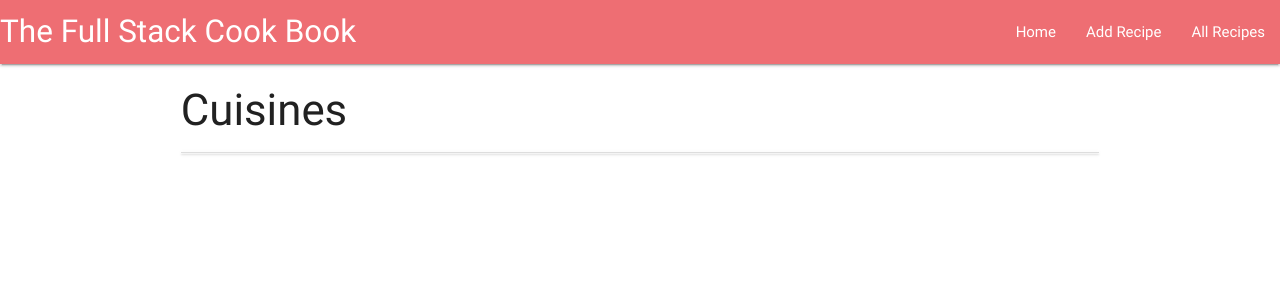
Repository: nakitamccool/francisillingworth-milestone-project-3
Page: http://localhost/get_cuisines
The author's editor kept a record of every edit. The page is drawn from the files as they stood at one moment, then again after the next edit.
The browser window is 1280 px wide. The pictures show the whole page.
The page is served by the project's application, run on Flask 3 (app.py). Queries for data that is not in the repository find no rows.

Above is the page before.

### templates/cuisines.html
 {% extends 'base.html' %} {% block content %}
<div class="row">

    <h3>Cuisines</h3>
    <ul class="collapsible">
      {% for cuisine in cuisine %}
      <li>
        <div class="collapsible-header">
          <div class="recipe_header col s9">
            <strong>{{cuisine.cuisine_type}}</strong>
          </div>
          <div class="deleteEdit col s3">
            <a href="{{url_for('edit_cuisine', cuisine_id = cuisine._id)}}" class="waves-effect waves-light btn btn_edit"><i class="material-icons left">edit</i>Edit</a>
            <a href="{{url_for('delete_cuisine', cuisine_id = cuisine._id)}}" class="waves-effect waves-light btn btn_delete"><i class="material-icons deleteIcon">delete_forever</i></a>
          </div>
        </div>

</li>
{% endfor %}
</ul>
</div>
{% endblock %}

### templates/base.html
<!DOCTYPE html>
<html lang="en">
<head>
    <link href="https://fonts.googleapis.com/icon?family=Material+Icons"
      rel="stylesheet">
    <link rel="stylesheet"  href="https://cdnjs.cloudflare.com/ajax/libs/materialize/0.100.2/css/materialize.min.css">
    <link rel="stylesheet" href="{{url_for('static' , filename = "css/style.css")}}" type="text/css" />

</head>
<body>
  <header>
    <nav>
    <div class="nav-wrapper">
      <a href="#" class="brand-logo">The Full Stack Cook Book</a>
      <ul id="nav-mobile" class="right hide-on-med-and-down">
        <li><a href="index.html">Home</a></li>
        <li><a href="{{ url_for('add_recipe') }}">Add Recipe</a></li>
        <li><a href="{{ url_for('get_recipes') }}">All Recipes</a></li>
      </ul>

    </div>
  </nav>
  </header>
    <div class="container">
    {% block content %}
    {% endblock %}
    </div>
    <script src="https://cdnjs.cloudflare.com/ajax/libs/jquery/3.4.1/jquery.min.js" integrity="sha256-CSXorXvZcTkaix6Yvo6HppcZGetbYMGWSFlBw8HfCJo=" crossorigin="anonymous"></script>
    <script src="https://cdnjs.cloudflare.com/ajax/libs/materialize/0.100.2/js/materialize.min.js"></script>
    <script type="text/javascript">
         $(document).ready(function(){
    $('.collapsible').collapsible();
    $('select').material_select();
  });

    </script>


</body>
</html>

### app.py
import os
from flask import Flask , render_template, redirect, request, url_for
from flask_pymongo import PyMongo
from bson.objectid import ObjectId


db_password = os.environ.get('DB_PASSWORD')

app = Flask(__name__)

app.config["MONGO_DBNAME"] = 'recipe_project'
app.config["MONGO_URI"] = 'mongodb+srv://root:r00tUser@myfirstcluster-aogax.mongodb.net/recipe_project?retryWrites=true&w=majority'

mongo = PyMongo(app)

@app.route('/')


@app.route('/get_recipes')
def get_recipes():
    return render_template("recipes.html", recipes=mongo.db.recipe.find())


@app.route('/add_recipe')
def add_recipe():
    return render_template('addrecipe.html', cuisine=mongo.db.cuisine.find())

@app.route('/insert_recipe', methods=['POST'])
def insert_recipe():
    recipes=mongo.db.recipe
    recipes.insert_one(request.form.to_dict())
    return redirect(url_for('get_recipes'))


@app.route('/edit_recipe/<recipe_id>')
def edit_recipe(recipe_id):
    the_recipe = mongo.db.recipe.find_one({"_id": ObjectId(recipe_id)})
    all_cuisine = mongo.db.cuisine.find()
    return render_template('editrecipe.html', recipe = the_recipe, cuisine=all_cuisine)



@app.route('/update_recipe/<recipe_id>', methods = ["POST"])
def update_recipe(recipe_id):
    recipes = mongo.db.recipe
    recipes.update( {'_id': ObjectId(recipe_id)},
    {
        'recipe_name' : request.form.get('recipe_name'),
        'cuisine_type' : request.form.get('cuisine_type'),
        'author' : request.form.get('author'),
        'ingredients' : request.form.get('ingredients'),
        'method' : request.form.get('method'),
        'cook_time' : request.form.get('cook_time'),
    })
    return redirect(url_for('get_recipes'))

@app.route('/delete_recipe/<recipe_id>')
def delete_recipe(recipe_id):
    mongo.db.recipe.remove({'_id':ObjectId(recipe_id)})
    return redirect(url_for('get_recipes'))





@app.route('/get_cuisines')
def get_cuisines():
    return render_template('cuisines.html', cuisine=mongo.db.cuisine.find())


@app.route('/edit_cuisine/<cuisine_id>')
def edit_cuisine(cuisine_id):
    return render_template('editcuisine.html', cuisine=mongo.db.cuisine.find_one({'_id':ObjectId(cuisine_id)}))


@app.route('/update_cuisine/<cuisine_id>', methods=['POST'])
def update_cuisine(cuisine_id):
    mongo.db.cuisine.update(
        {'_id': ObjectId(cuisine_id)},
        {'cuisine_type': request.form.get('cuisine_type')})
    return redirect(url_for('get_cuisines'))



@app.route('/add_cuisine')
def add_cuisine():
    return render_template('addcuisine.html', cuisine=mongo.db.cuisine.find())


@app.route('/insert_cuisine', methods=['POST'])
def insert_cuisine():
    cuisines=mongo.db.cuisine
    cuisines.insert_one(request.form.to_dict())
    return redirect(url_for('add_recipe'))



@app.route('/delete_cuisine/<cuisine_id>')
def delete_cuisine(cuisine_id):
    mongo.db.cuisine.remove({'_id':ObjectId(cuisine_id)})
    return redirect(url_for('get_cuisines'))



@app.route('/add_cuisine_edit')
def add_cuisine_edit():
    return render_template('addcuisine-edit.html', cuisine=mongo.db.cuisine.find())


@app.route('/insert_cuisine_edit', methods=['POST'])
def insert_cuisine_edit():
    cuisines=mongo.db.cuisine
    cuisines.insert_one(request.form.to_dict())
    return redirect(url_for('get_cuisines'))



@app.route('/index')
def index():
    return render_template("index.html")


@app.route('/filter')
def filter():
    return redirect(url_for())


if __name__ == '__main__':
    app.run(host=os.environ.get('IP'),
            port=int(os.environ.get('PORT')),
            debug=True)

### static/css/style.css
.btn_edit{
    height:28px;
    margin: 5px 15px;
    line-height: 28px;
    padding-left: 3px;
    padding-right: 6px;



}

.btn_delete{
    height:28px;
    margin: 5px 15px ;
    line-height: 28px;
    padding-left: 5px;
    padding-right: 5px;
    background-color: #b70808;

}

.collapsible-header i {
 margin:0;}

 .btn_delete:hover {
    background-color: #71231d;
}

.cancel_button{
    margin: 5px 15px;
    padding-left: 3px;
    padding-right: 6px;
    background-color: #b70808

}


 .cancel_button:hover {
    background-color: #71231d;
}


.recipe_header{
    margin-top:5px;
    margin-right: 20px;
}

.deleteEdit{
    margin-left:auto;
    margin-right:0;
}

.add_cuisine{
    margin-top: 0;
    margin-left:5%;
}

After the next edit:
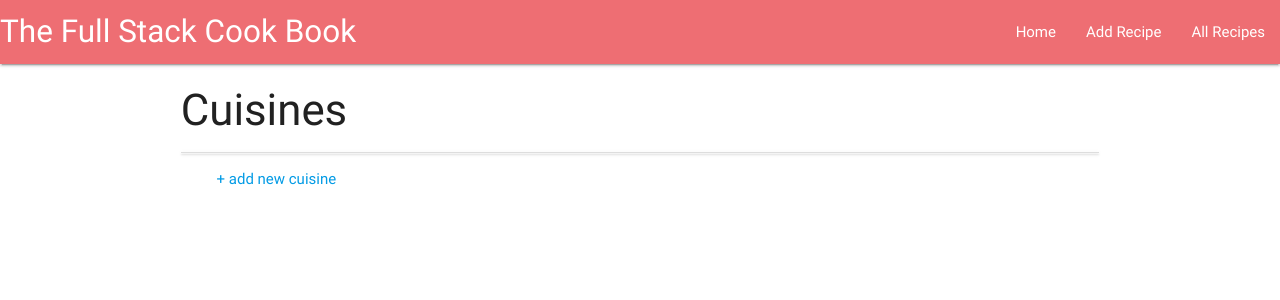
The edit:
--- a/templates/cuisines.html
+++ b/templates/cuisines.html
@@ -17,6 +17,11 @@
 
 </li>
 {% endfor %}
+
 </ul>
+<div class = "row">
+                <a class = "add_cuisine" href = "{{ url_for('add_cuisine_edit') }}">+ add new cuisine</a>
+            </div>
+
 </div>
 {% endblock %}
